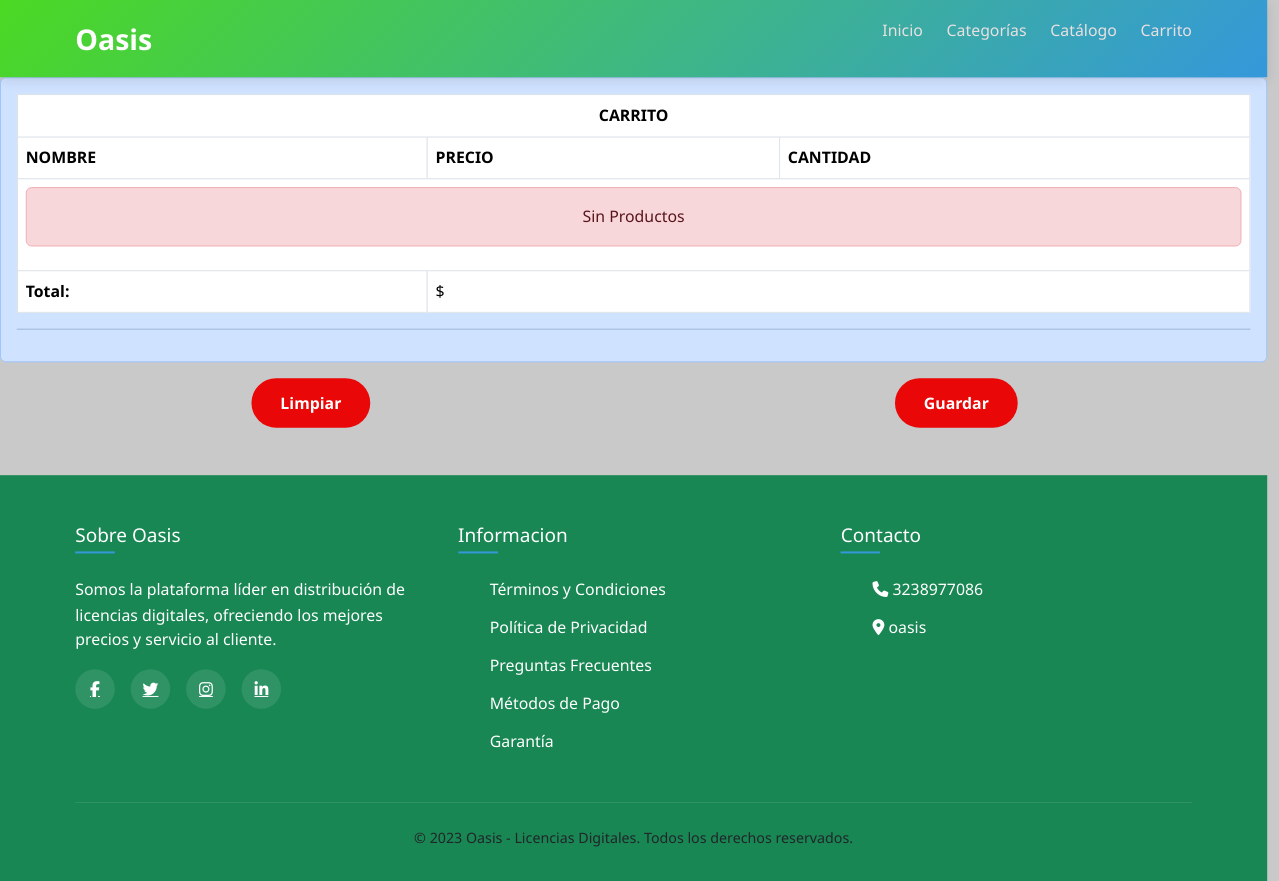
Repository: chicharo2025/oasis
Page: http://localhost/carrito/
These files come from the project's save history. The page is drawn as it stood at one moment and after a run of saves; the edit follows.
The browser window is 1280 px wide. The page is 1292 px wide, so the pictures cover 1292 px, including what lies to the right of the window. The pictures show the whole page, at 99% of full size.
The page is served by the project's application, run on Django 5.2 (django_techstore/manage.py).

Above is the page before, as saved 2025-04-18 15:23:23.

After the next 3 saves:
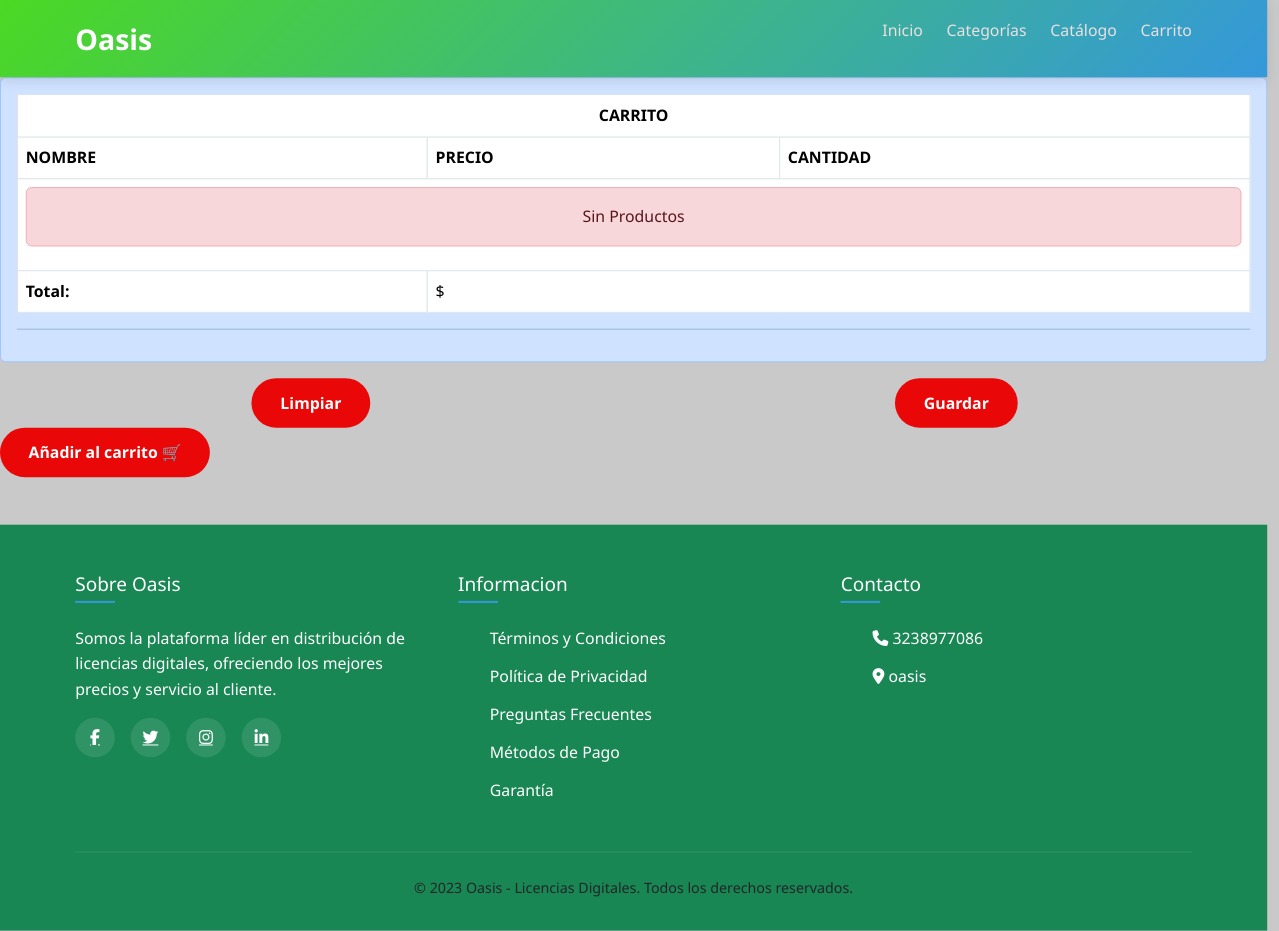
The 3 saves are shown as one change because 1 did not build or start and some came seconds apart.
The last was saved 103 s later.
--- a/django_techstore/productos/templates/productos/carrito.html
+++ b/django_techstore/productos/templates/productos/carrito.html
@@ -46,6 +46,9 @@
       <div class="col-6"><a href="#" class="btn btn-success">Guardar</a></div>
   </div>
 
-
+  <form method="post" action="{% url 'carrito' %}">
+    {% csrf_token %}
+    <button type="submit" class="btn btn-success">Añadir al carrito 🛒</button>
+</form>
 
 {% include "productos/footer.html" %}
